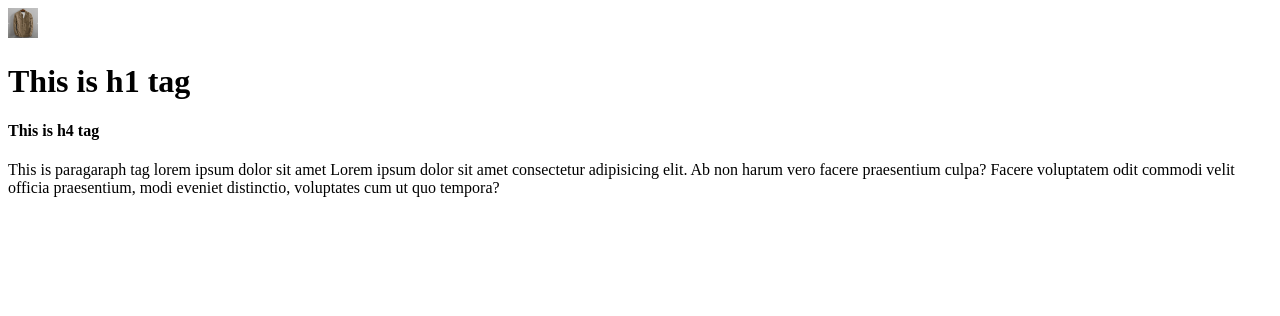
Repository: MushrrafKhan/code_by_heart
Page: index.html
These files come from the project's save history. The page is drawn as it stood at one moment and after the next save; the edit follows.
The browser window is 1280 px wide. The pictures show the whole page.

Above is the page before, as saved 2022-06-08 21:41:17.

### index.html
<!DOCTYPE html>
<html lang="en">
<head>
    <meta charset="UTF-8">
    <meta http-equiv="X-UA-Compatible" content="IE=edge">
    <meta name="viewport" content="width=device-width, initial-scale=1.0">
    <link rel="stylesheet" href="index.js">
    <script src="index.js"></script>
    <title>Document</title>
</head>
<body>
    <img src="img/brown.png" alt="Brown Shirt" width="" height="30px">
    <h1>This is h1 tag</h1>
    <h4>This is h4 tag</h4>
    <p>This is paragaraph tag lorem ipsum dolor sit amet Lorem ipsum dolor sit amet consectetur adipisicing elit. Ab non harum vero facere praesentium culpa? Facere voluptatem odit commodi velit officia praesentium, modi eveniet distinctio, voluptates cum ut quo tempora?</p>
</body>
</html>

Loaded but not shown: index.js (no copy from this time; the picture is the same without it)

After the next save:
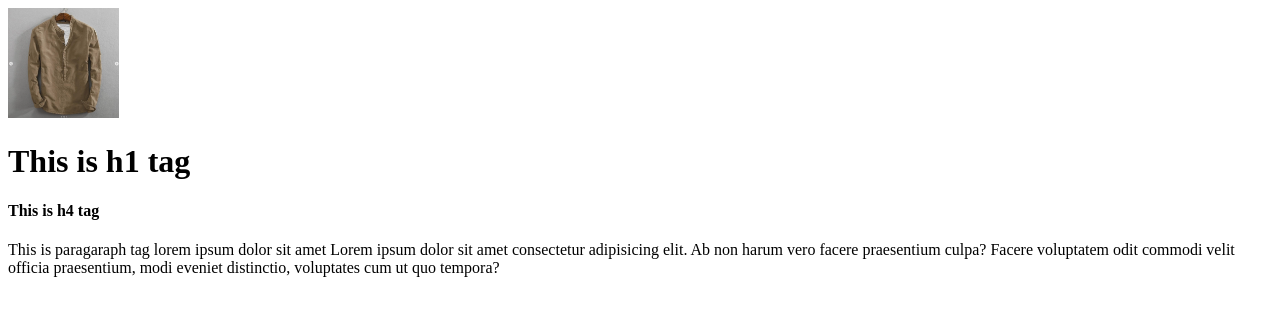
Saved 7 s later.
--- a/index.html
+++ b/index.html
@@ -9,7 +9,7 @@
     <title>Document</title>
 </head>
 <body>
-    <img src="img/brown.png" alt="Brown Shirt" width="" height="30px">
+    <img src="img/brown.png" alt="Brown Shirt" width="" height="110px">
     <h1>This is h1 tag</h1>
     <h4>This is h4 tag</h4>
     <p>This is paragaraph tag lorem ipsum dolor sit amet Lorem ipsum dolor sit amet consectetur adipisicing elit. Ab non harum vero facere praesentium culpa? Facere voluptatem odit commodi velit officia praesentium, modi eveniet distinctio, voluptates cum ut quo tempora?</p>
